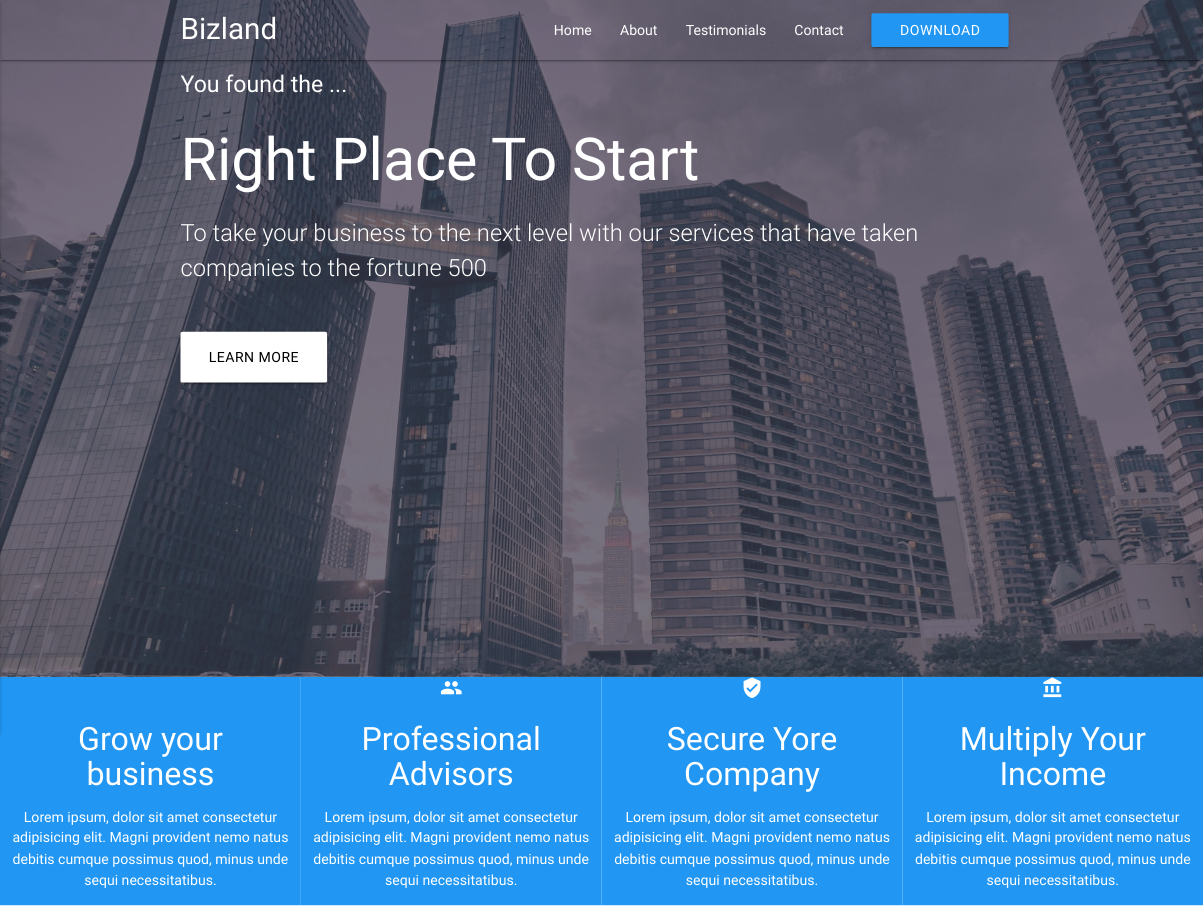
Repository: farrdy/bizland
Page: index.html
These files come from the project's save history. The page is drawn as it stood at one moment and after the next save; the edit follows.
The browser window is 1280 px wide. The pictures show the whole page, at 94% of full size.
Some web libraries are served in a nearby version.

Above is the page before, as saved 2020-01-04 13:43:34.

After the next save:
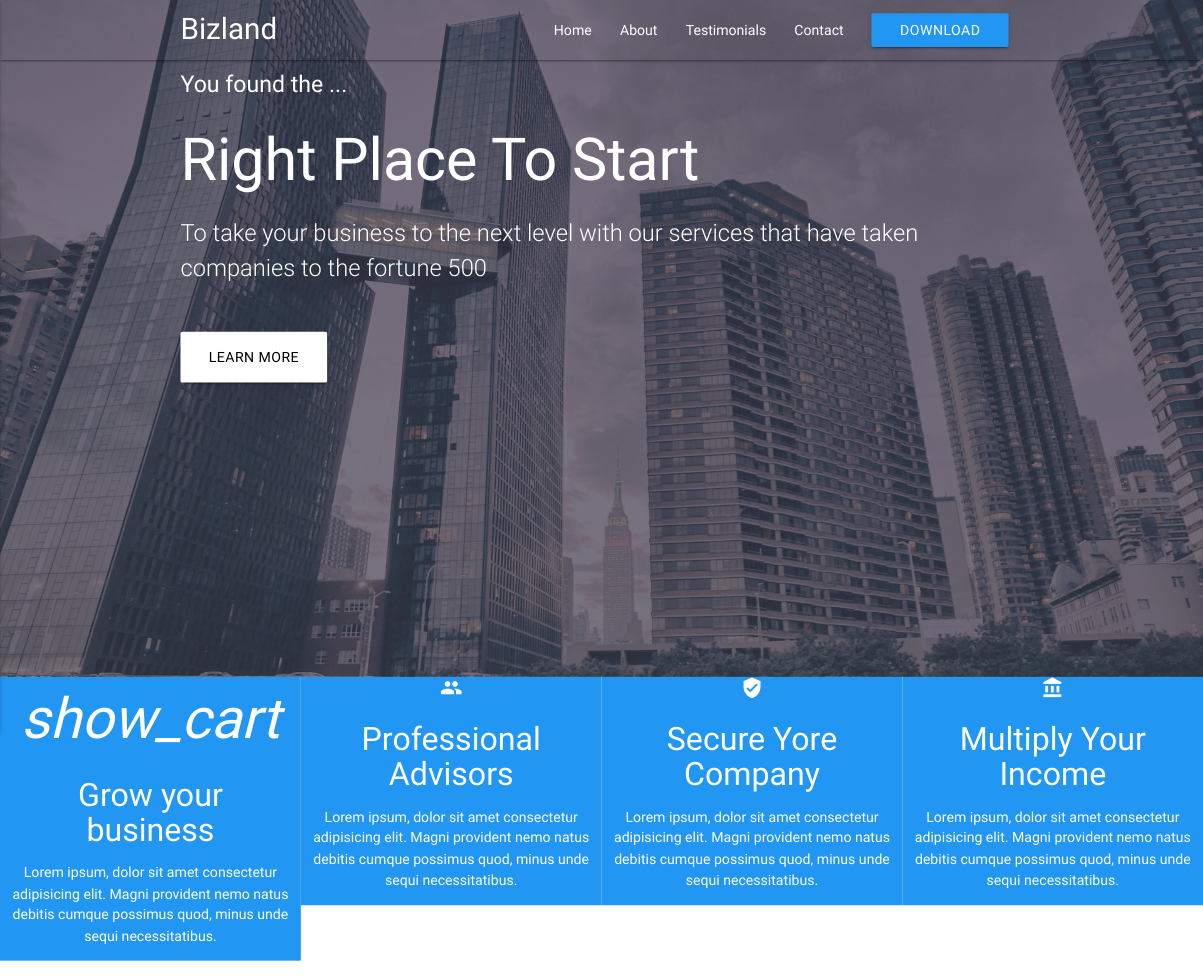
Saved 2 min 41 s later.
--- a/index.html
+++ b/index.html
@@ -97,7 +97,7 @@
     <section class="section-boxes center">
       <div class="row">
         <div class="col s12 m6 l3 blue white-text box">
-          <i class="material-icons">show_cart</i>
+          <i class="material- medium">show_cart</i>
           <h4>Grow your business</h4>
           <p>
             Lorem ipsum, dolor sit amet consectetur adipisicing elit. Magni
